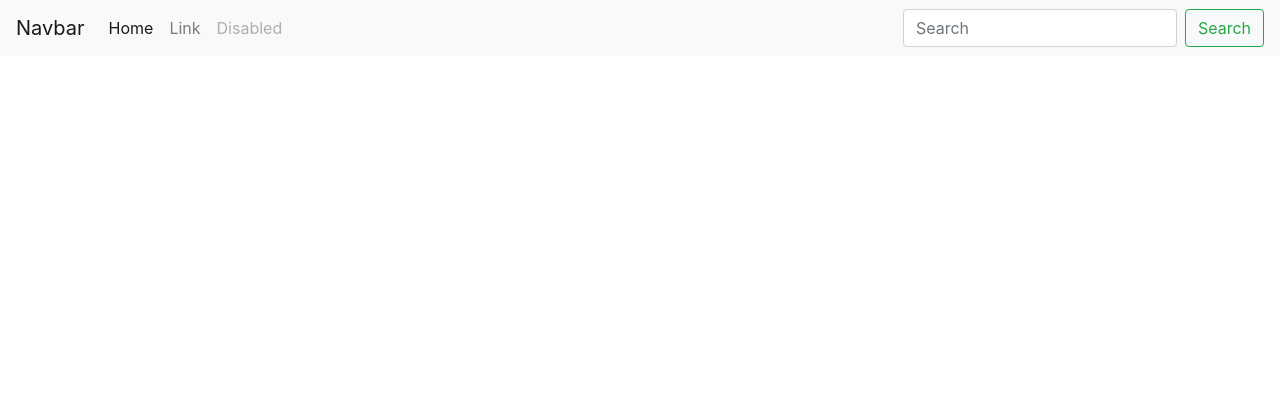
Repository: wolwerr/VueJs-Ninja
Page: Aula-13.html
The author's editor kept a copy of each file at every save. The page is drawn from the files as they stood at one save, then again after the next save.
The browser window is 1280 px wide. The pictures show the whole page.

Above is the page before, as saved 2021-10-25 21:06:03.

### Aula-13.html
<!DOCTYPE html>
<html lang="en">
<head>
    <meta charset="UTF-8">
    <meta http-equiv="X-UA-Compatible" content="IE=edge">
    <meta name="viewport" content="width=device-width, initial-scale=1.0">
    <meta http-equiv="X-UA-Compatible" content="IE=edge">
    <title>Aulas de Vuejs</title>
    <link rel="stylesheet" href="https://maxcdn.bootstrapcdn.com/bootstrap/4.0.0/css/bootstrap.min.css" integrity="sha384-Gn5384xqQ1aoWXA+058RXPxPg6fy4IWvTNh0E263XmFcJlSAwiGgFAW/dAiS6JXm" crossorigin="anonymous">
</head>
<body>
    <div id="app">
        <navbar></navbar>
        </div>

        <template id="navbar">
            <nav class="navbar navbar-expand-lg navbar-light bg-light">
                <a class="navbar-brand" href="#">Navbar</a>
                <button class="navbar-toggler" type="button" data-toggle="collapse" data-target="#navbarSupportedContent" aria-controls="navbarSupportedContent" aria-expanded="false" aria-label="Toggle navigation">
                  <span class="navbar-toggler-icon"></span>
                </button>

                <div class="collapse navbar-collapse" id="navbarSupportedContent">
                    <menu-bar></menu-bar>

                  <form class="form-inline my-2 my-lg-0">
                    <input class="form-control mr-sm-2" type="search" placeholder="Search" aria-label="Search">
                    <button class="btn btn-outline-success my-2 my-sm-0" type="submit">Search</button>
                  </form>
                </div>
              </nav>
        </template>

        <template id="menu">

            <ul class="navbar-nav mr-auto">
                <li class="nav-item active">
                  <a class="nav-link" href="#">Home <span class="sr-only">(current)</span></a>
                </li>
                <li class="nav-item">
                  <a class="nav-link" href="#">Link</a>
                </li>

                <li class="nav-item">
                  <a class="nav-link disabled" href="#">Disabled</a>
                </li>
              </ul>
        </template>

    <script src="https://unpkg.com/vue"></script>

    <script>
        Vue.component('navbar', {
            template: '#navbar'
        });
        Vue.component('menu-bar', {
            template:"#menu"
        });
        var app = new Vue({
            el: "#app",

            data: {
                titulo: "Aulas de Vuejs",



            }
        });
    </script>
</body>
</html>

After the next save:
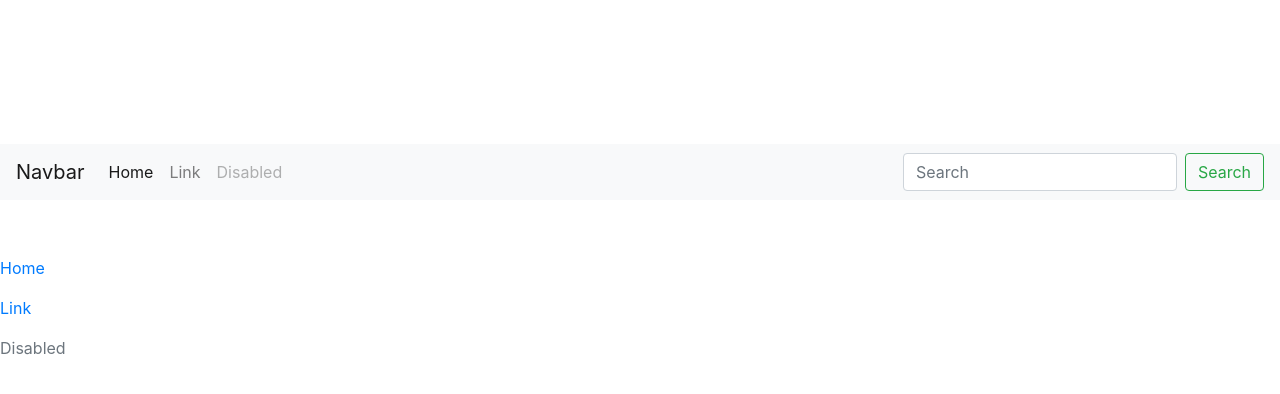
Saved 4 min 7 s later.
--- a/Aula-13.html
+++ b/Aula-13.html
@@ -10,7 +10,10 @@
 </head>
 <body>
     <div id="app">
+        <br><br><br><br><br><br>
         <navbar></navbar>
+        <br><br>
+        <menu-bar></menu-bar>
         </div>
 
         <template id="navbar">
